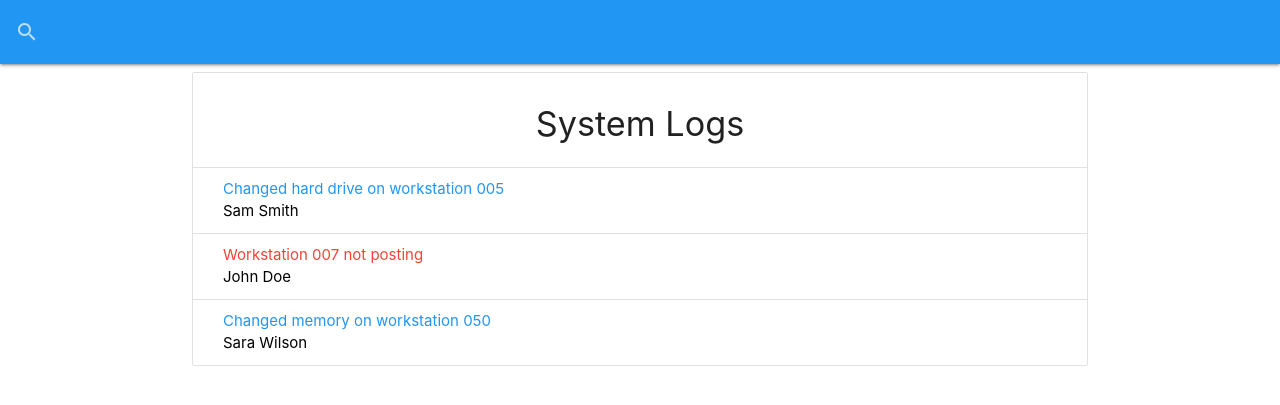
Repository: Ajtheult/IT-Logger
Page: /
The author's editor kept a copy of each file at every save. The page is drawn from the files as they stood at one save, then again after the next save.
The browser window is 1280 px wide. The pictures show the whole page.
The project was rebuilt for these pictures with package versions that can differ from the ones it lists, and the page was loaded fresh each time. Requests to the local data server were answered from the project's data file. Also part of the build but not shown: src/App.css.

Above is the page before, as saved 2020-06-23 16:50:58.

After the next save:
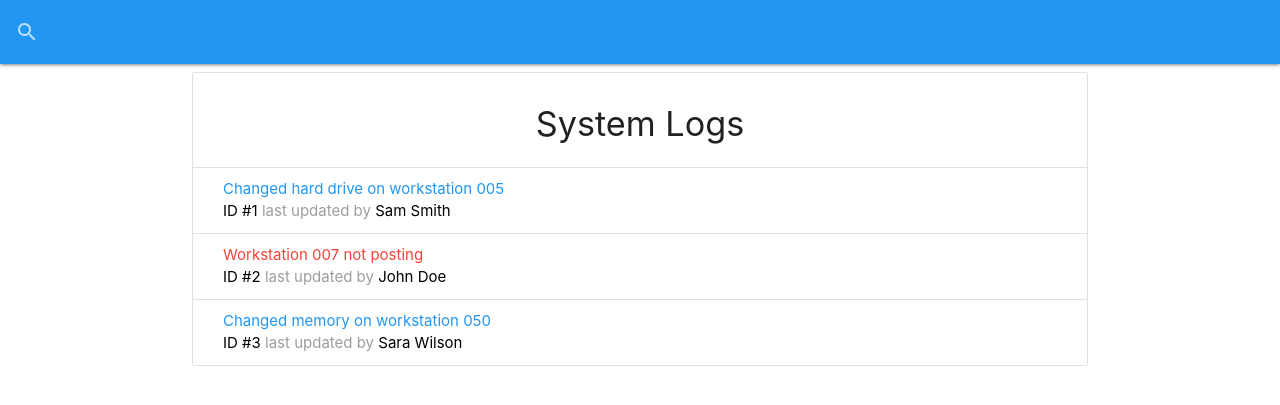
Saved 76 s later.
--- a/src/components/logs/LogItem.js
+++ b/src/components/logs/LogItem.js
@@ -16,6 +16,7 @@ const LogItem = ({ log }) => {
         </a>
         <br />
         <span className="grey-text">
+          <span className="black-text">ID #{log.id}</span> last updated by{" "}
           <span className="black-text">{log.tech}</span>
         </span>
       </div>
